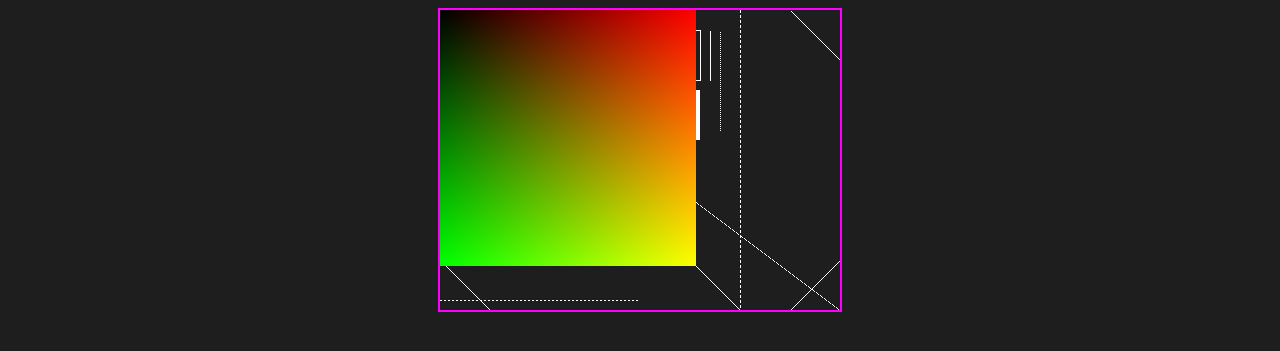
Repository: StarLightGX/miao
Page: paint.html
These files come from the project's save history. The page is drawn as it stood at one moment and after the next save; the edit follows.
The browser window is 1280 px wide. The pictures show the whole page.

Above is the page before, as saved 2020-11-13 16:18:34.
Console error: ReferenceError: sqrt is not defined

### paint.html
<!DOCTYPE html>
<html lang="en">
  <head>
    <meta charset="UTF-8" />
    <title>画图</title>
    <style>
      html {
        background-color: rgb(30, 30, 30);
      }
      canvas {
        border: 2px solid #f0f;
        display: block;
        margin: auto;
      }
    </style>
  </head>
  <body>
    <canvas width="400" height="300"></canvas>
  </body>
  <script>
    var canvas = document.querySelector("canvas");
    canvas.style.imageRendering = "pixelated";
    var ctx = canvas.getContext("2d");

    function dot(x, y, color = "white") {
      x = x | 0;
      y = y | 0;
      ctx.fillStyle = color;
      ctx.fillRect(x, y, 1, 1);
    }

    function line(x1, y1, x2, y2) {
      ctx.strokeStyle = "black";
      ctx.moveTo(x1, y1);
      ctx.lineTo(x2, y2);
      ctx.stroke();
    }
    /**
   * YOUR TASK
画图的题：
画一条实线
画一条一个实点一个空点的虚线
画一条两个实点两个空点的虚线
画一条三个实点两个空点的虚线
画一条45度的斜线
画一条30度的斜线（选做）
在四个角画分别画一条45度的斜线以让画面看起来像一个相框
画一条跨越画布左上角和右下角的对角线
画一个空心矩形
画一个实心矩形
画一个rgb色彩空间的某一面
画一个空心的圆
画一个实心的圆
画一个大小合适的sin(x)的图像
   */
  </script>
  <script>
    // YOUR CODE GOES BELOW
    var x = 1;
    var y = 1;
    var i = 0;

    // 画一条实线
    y = 20;
    for (i = 0; i < 50; i++) {
      y = y + 1;
      x = 270;
      dot(x, y);
    }

    // 画一条一个实点一个空点的虚线
    y = 20;
    for (i = 0; i < 50; i++) {
      y = y + 2;
      x = 280;
      dot(x, y);
    }

    // 画一条两个实点两个空点的虚线
    for (var x = 0; x < 200; x++) {
      if (x % 4 < 2) {
        dot(x, 290);
      }
    }

    // for (i = 0; i < 50; i++) {
    //   y = 4 * (i + 1);
    //   x = 290;
    //   dot(x, y);
    // }

    // for (i = 0; i < 50; i++) {
    //   y = 4 * (i + 1) + 1;
    //   x = 290;
    //   dot(x, y);
    // }

    // 画一条三个实点两个空点的虚线

    for (i = 0; i < 100; i++) {
      y = 5 * (i + 1);
      x = 300;
      dot(x, y - 10);
    }

    for (i = 0; i < 100; i++) {
      y = 5 * (i + 1) + 1;
      x = 300;
      dot(x, y - 10);
    }

    for (i = 0; i < 100; i++) {
      y = 5 * (i + 1) + 2;
      x = 300;
      dot(x, y - 10);
    }

    // 画一条45度的斜线
    y = 0;
    for (i = 0; i < 1050; i++) {
      y = y + 1;
      x = y;
      dot(x, y);
    }
    // 画一条30度的斜线（选做）
    for (var x = 0; x < 200; x++) {
      var y = x / Math.sqrt(3);
      dot(x, y);
    }

    // 在四个角画分别画一条45度的斜线以让画面看起来像一个相框
    y = 0;
    for (i = 0; i < 1050; i++) {
      y = y + 1;
      x = y;
      dot(x - 250, y);
    }
    y = 0;
    for (i = 0; i < 1050; i++) {
      y = y + 1;
      x = y;
      dot(x + 350, y);
    }
    y = 0;
    for (i = 0; i < 1050; i++) {
      y = y + 1;
      x = -y;
      dot(x + 50, y);
    }
    y = 0;
    for (i = 0; i < 1050; i++) {
      y = y + 1;
      x = -y;
      dot(x + 650, y);
    }

    // 画一条跨越画布左上角和右下角的对角线
    y = 0;
    for (i = 0; i < 500; i++) {
      y = y + 1;
      x = (4 / 3) * y;
      dot(x, y);
    }
    // 画一个空心矩形
    y = 20;
    for (i = 0; i < 50; i++) {
      y = y + 1;
      x = 260;
      dot(x, y);
    }
    y = 20;
    for (i = 0; i < 50; i++) {
      y = y + 1;
      x = 230;
      dot(x, y);
    }
    y = 20;
    for (i = 0; i < 31; i++) {
      y = y + 1;
      x = 30;
      dot(y + 209, x - 10);
    }
    y = 20;
    for (i = 0; i < 31; i++) {
      y = y + 1;
      x = 30;
      dot(y + 209, x + 40);
    }
    // 画一个实心矩形

    for (x = 230; x < 260; x++) {
      for (y = 80; y < 130; y++) {
        dot(x, y);
      }
    }

    // 画一个rgb色彩空间的某一面
    for (x = 0; x < 256; x++) {
      for (y = 0; y < 256; y++) {
        dot(x, y, "rgb" + "(" + x + "," + y + "," + 0 + ")");
      }
    }
    // 画一个空心的圆
    var r = 90;
    x = 30;
    for (i = 0; i < 50; i++) {
      x = x + 1;
      y = sqrt(r * r - x * x);
      dot(x, y);
    }

    a, b;
    y = b + sqrt(-(x * x) + 2 * a * x - a * a + r * r);
    // 画一个实心的圆

    // 画一个大小合适的sin(x)的图像
    y = 30;
    x = 30;
  </script>
</html>

After the next save:
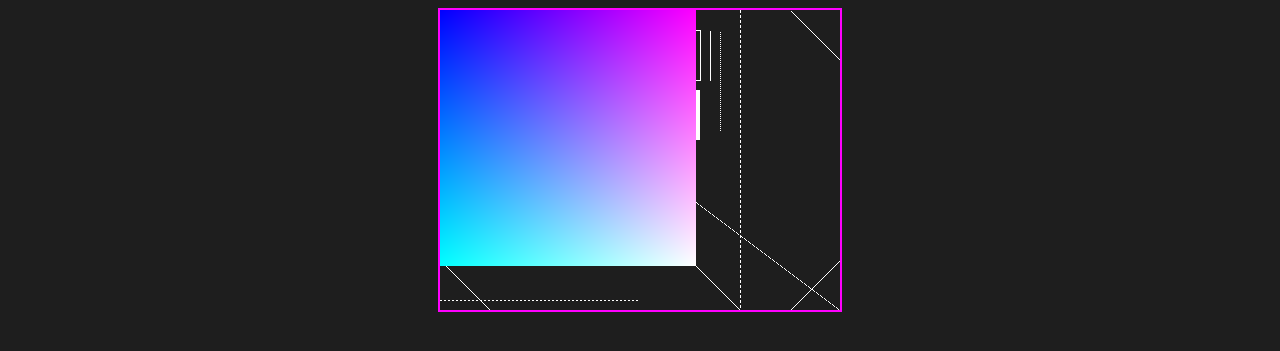
Saved 6 s later.
--- a/paint.html
+++ b/paint.html
@@ -197,7 +197,7 @@
     // 画一个rgb色彩空间的某一面
     for (x = 0; x < 256; x++) {
       for (y = 0; y < 256; y++) {
-        dot(x, y, "rgb" + "(" + x + "," + y + "," + 0 + ")");
+        dot(x, y, "rgb" + "(" + x + "," + y + "," + 255 + ")");
       }
     }
     // 画一个空心的圆

After the save that followed:
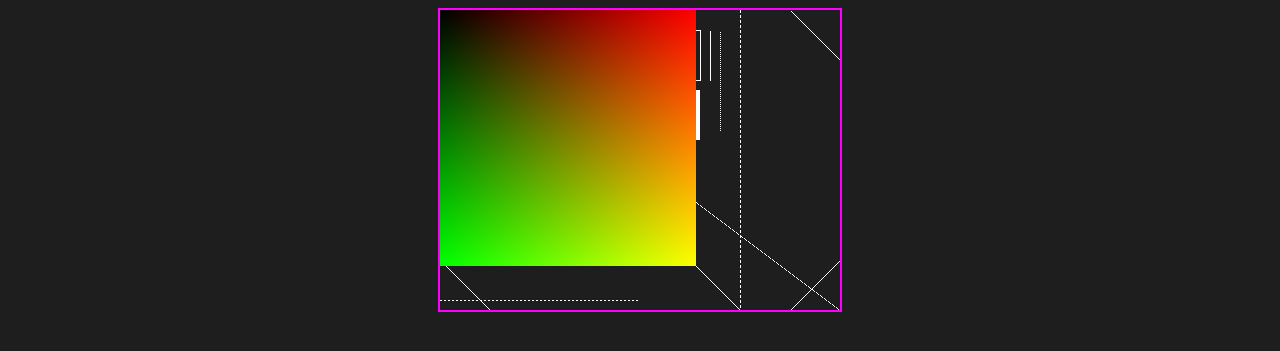
Saved 108 s later.
--- a/paint.html
+++ b/paint.html
@@ -197,7 +197,7 @@
     // 画一个rgb色彩空间的某一面
     for (x = 0; x < 256; x++) {
       for (y = 0; y < 256; y++) {
-        dot(x, y, "rgb" + "(" + x + "," + y + "," + 255 + ")");
+        dot(x, y, "rgb" + "(" + x + "," + y + "," + 0 + ")");
       }
     }
     // 画一个空心的圆
